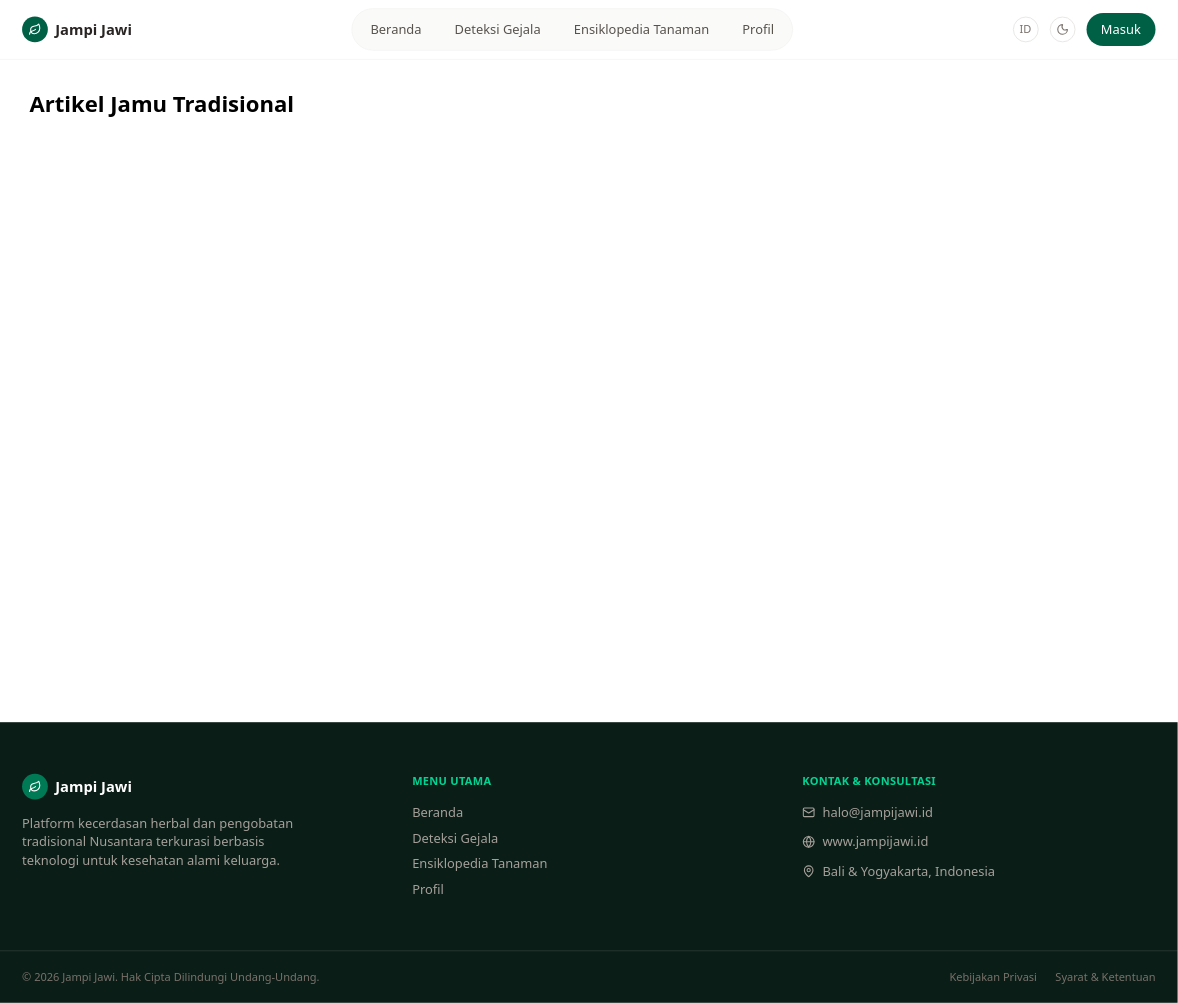
Repository: VergiMutiaRahmasyani/JampiJawi
Page: /artikel
These files come from the project's save history. The page is drawn as it stood at one moment and after a run of saves; the edit follows.
The browser window is 1280 px wide. The pictures show the whole page, at 92% of full size.
The project was rebuilt for these pictures with package versions that can differ from the ones it lists, and the page was loaded fresh each time. Also part of the build but not shown: vite.config.js, src/components/shared/ProtectedRoute.jsx, src/pages/HomePage.jsx, src/pages/LoginPage.jsx, src/pages/RegisterPage.jsx, src/pages/EnsiklopediaPage.jsx, src/pages/DetailHerbalPage.jsx, src/pages/RekomendasiPage.jsx and 5 more.

Above is the page before, as saved 2026-09-09 20:21:21.

After the next 2 saves:
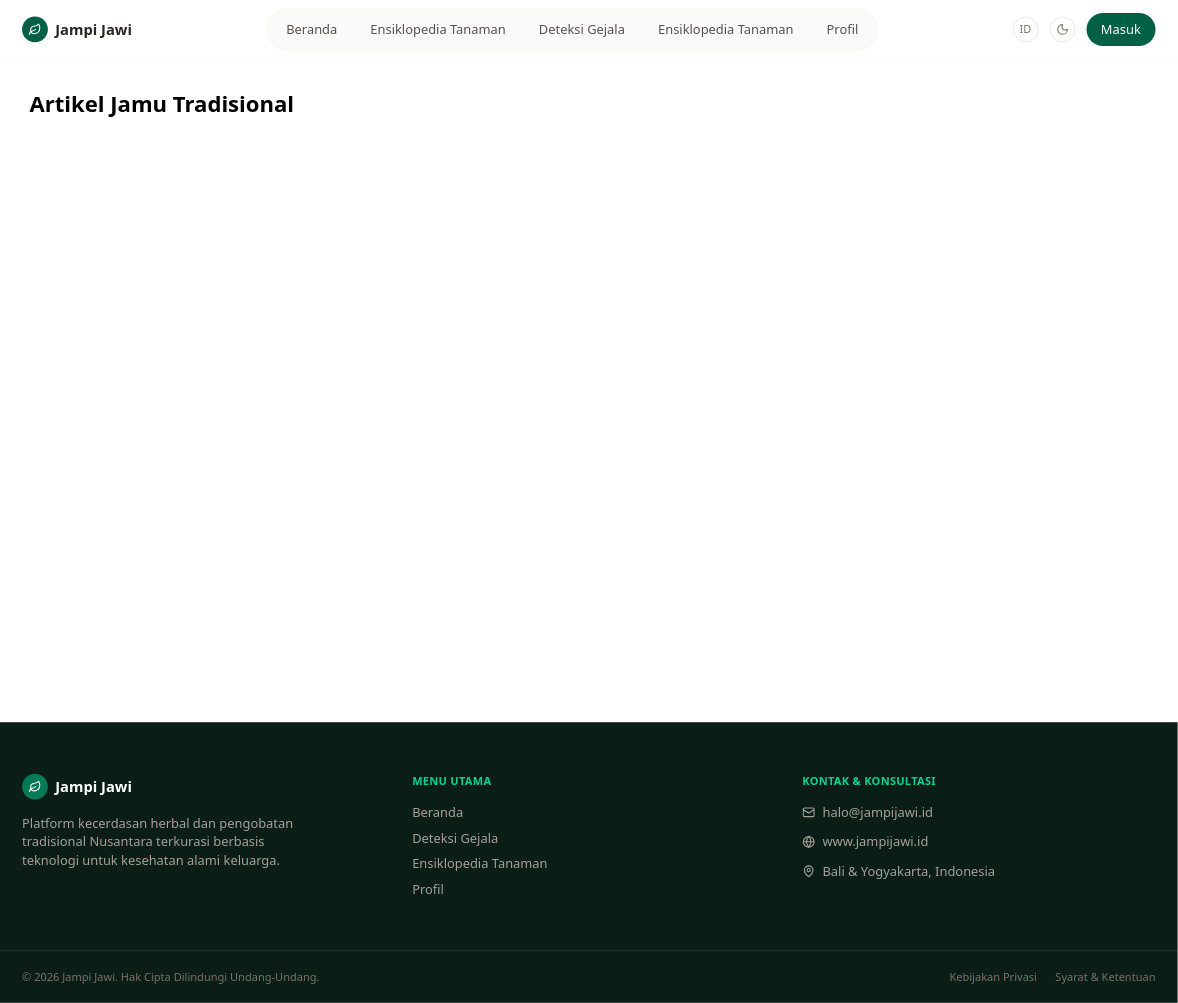
The 2 saves are shown as one change because they came seconds apart.
The last was saved 28 s later.
--- a/src/components/layout/Navbar.jsx
+++ b/src/components/layout/Navbar.jsx
@@ -4,6 +4,7 @@ import { useAuth } from "../../context/AuthContext";
 
 const menu = [
   { label: "Beranda", to: "/" },
+  { label: "Ensiklopedia Tanaman", to: "/ensiklopedia" },
   { label: "Deteksi Gejala", to: "/rekomendasi" },
   { label: "Ensiklopedia Tanaman", to: "/ensiklopedia" },
   { label: "Profil", to: "/profil" },
